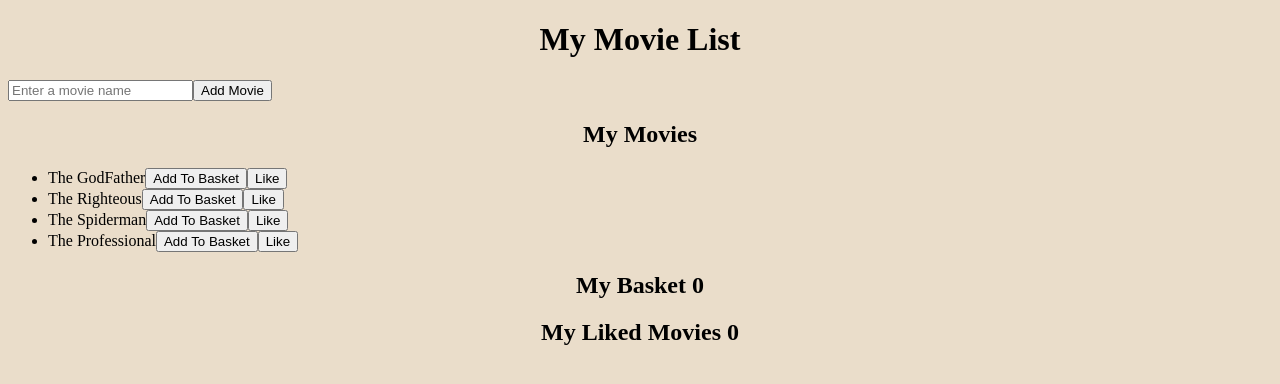
Repository: sinchana-p-iVoyant/redux-movie-store
Page: /
The author's editor kept a copy of each file at every save. The page is drawn from the files as they stood at one save, then again after a run of saves.
The browser window is 1280 px wide. The pictures show the whole page.
The project was rebuilt for these pictures with package versions that can differ from the ones it lists, and the page was loaded fresh each time. Also part of the build but not shown: vite.config.ts.

Above is the page before, as saved 2024-02-15 12:07:13.

After the next 5 saves:
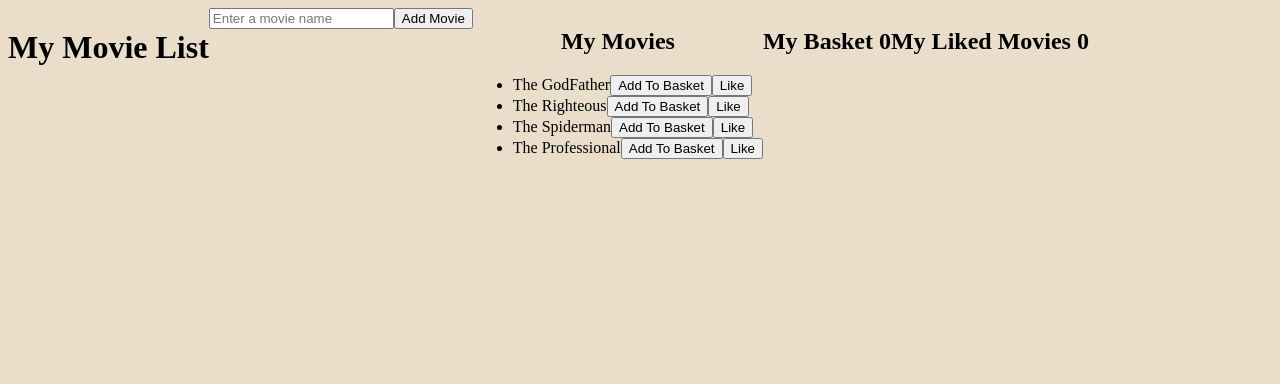
The 5 saves are shown as one change because they came seconds apart.
The last was saved 14 s later.
--- a/src/App.css
+++ b/src/App.css
@@ -4,6 +4,11 @@ body {
 
 h1, h2{
   text-align: center;
+}
+
+.container {
+  display: flex;
+  fle
 }
 
 
